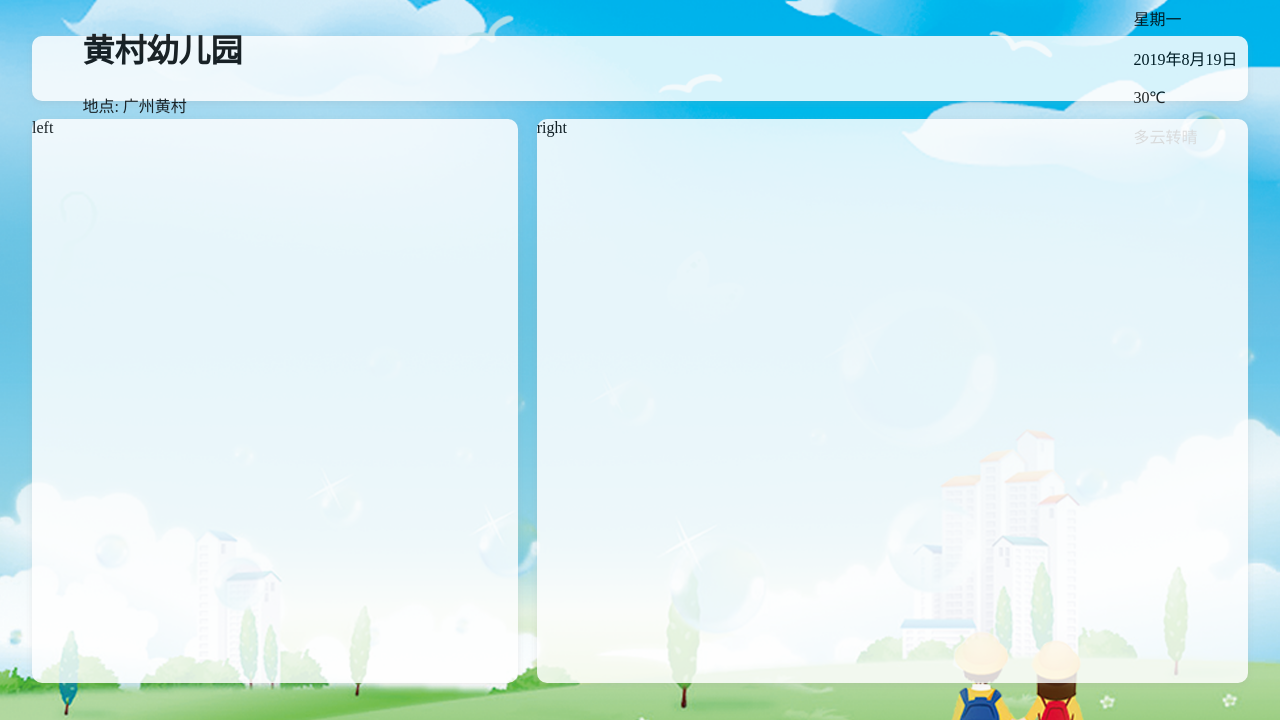
Repository: huangdesheng/classBrand
Page: / (app in classBrand/)
These files come from the project's save history. The page is drawn as it stood at one moment and after the next save; the edit follows.
The browser window is 1280 px wide. The pictures show the whole page.
The project was rebuilt for these pictures with package versions that can differ from the ones it lists, and the page was loaded fresh each time.

Above is the page before, as saved 2019-08-23 10:11:06.

After the next save:
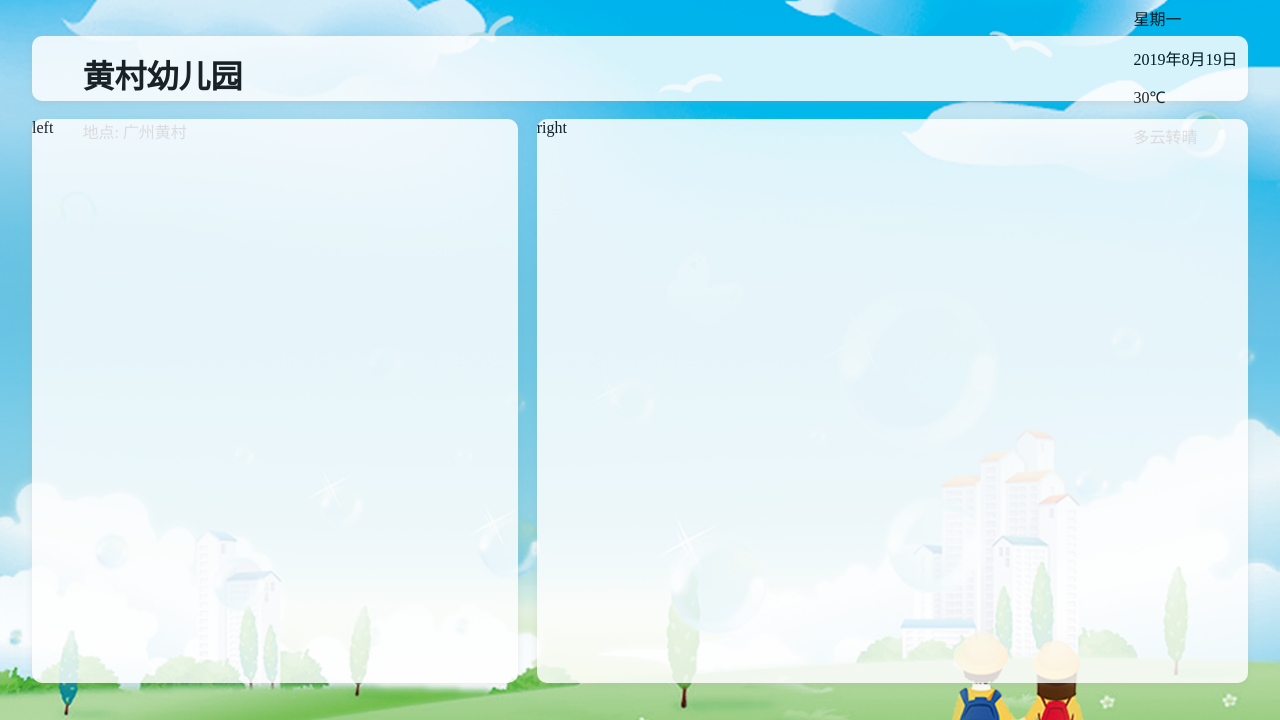
Saved 32 s later.
--- a/classBrand/src/views/index/index.vue
+++ b/classBrand/src/views/index/index.vue
@@ -72,6 +72,7 @@
           span {
             .img;
             background: url(../../assets/icon/index.png);
+            display: inline-block;
           }
         }
       }

After the 2 saves that followed:
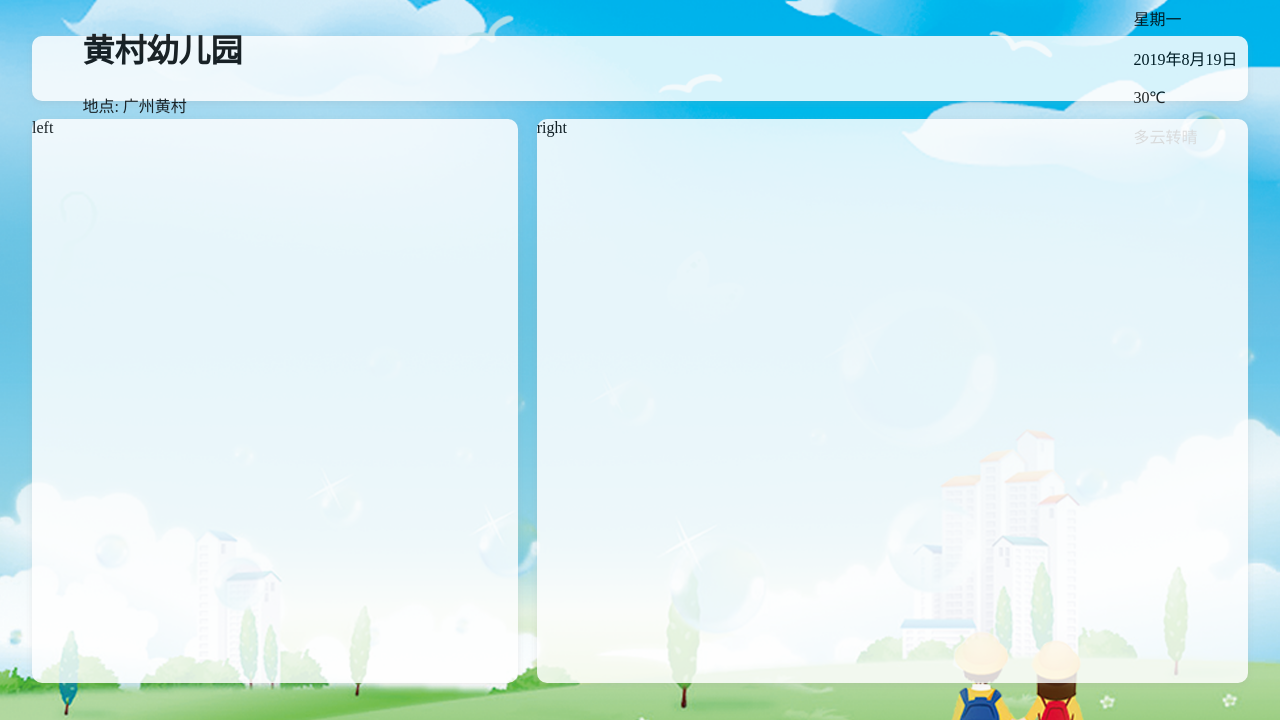
The 2 saves are shown as one change because 1 left the picture as it was.
The last was saved 17 s later.
--- a/classBrand/src/views/index/index.vue
+++ b/classBrand/src/views/index/index.vue
@@ -69,10 +69,9 @@
       align-items: center;
       li {
         &:nth-of-type(1) {
-          span {
+          > span {
             .img;
             background: url(../../assets/icon/index.png);
-            display: inline-block;
           }
         }
       }
